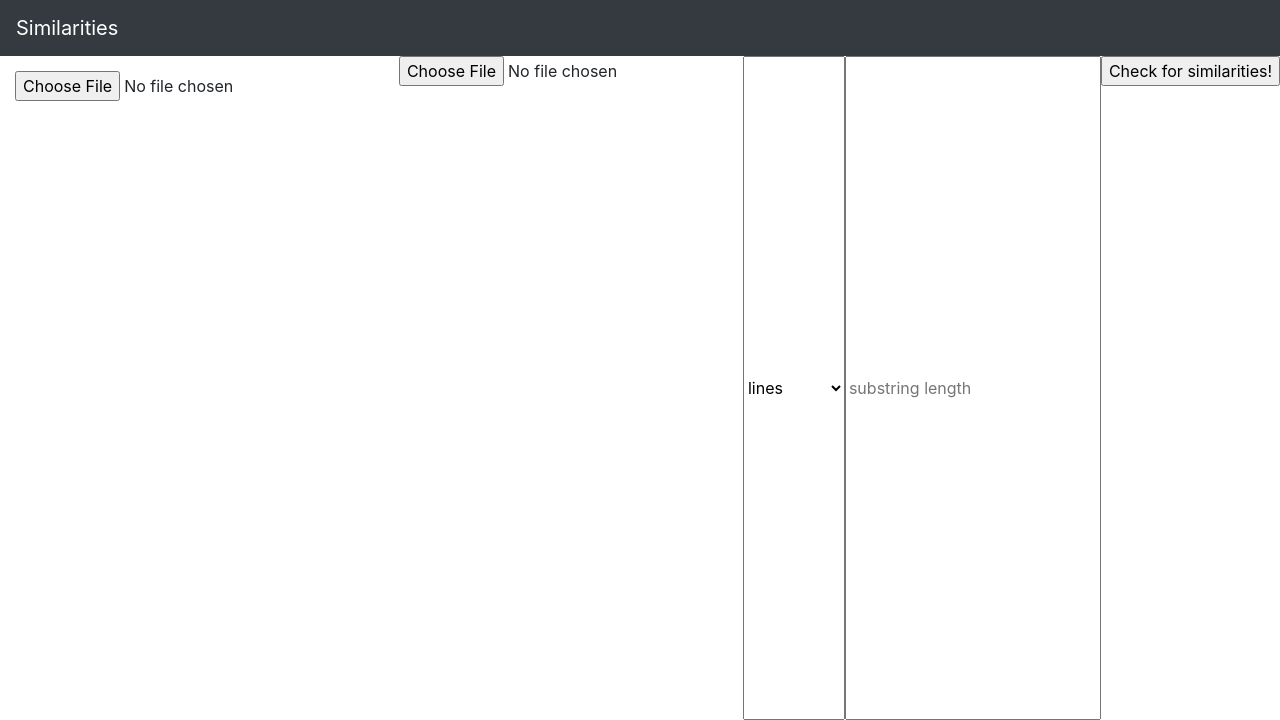
Repository: Watersilver/cs50
Page: http://localhost/
The author's editor kept a record of every edit. The page is drawn from the files as they stood at one moment, then again after the next edit.
The browser window is 1280 px wide. The pictures show the whole page.
Some web libraries are served in a nearby version. The page is served by the project's application, run on Flask 3 (pset6/similarities/less/application.py). Other server files are loaded and not shown.

Above is the page before.

### workspace/pset6/similarities/less/templates/index.html
{% extends "layout.html" %}

{% block body %}

    <div class="col">
        <form action="/compare" enctype="multipart/form-data" method="post">
            <div></div>
            <input type="file" name="file1"/>
            </div>

            <input type="file" name="file2"/>

            <select name="algorithm">
                <option>lines</option>
                <option>sentences</option>
                <option>substrings</option>
            </select>

            <input type="number" name="length" placeholder="substring length"/>

            <p> <button type="submit">Check for similarities!</button> </p>

        </form>
    </div>

{% endblock %}

### workspace/pset6/similarities/less/templates/layout.html
<!DOCTYPE html>

<html lang="en">
    <head>

        <!-- Required meta tags -->
        <meta charset="utf-8"/>
        <meta name="viewport" content="width=device-width, initial-scale=1, shrink-to-fit=no"/>

        <!-- Bootstrap CSS -->
        <link href="https://maxcdn.bootstrapcdn.com/bootstrap/4.0.0-beta/css/bootstrap.min.css" rel="stylesheet"/>

        <link href="/static/styles.css" rel="stylesheet"/>

        <title>Similarities</title>

    </head>
    <body>

        <nav class="navbar fixed-top navbar-dark bg-dark">
            <a class="navbar-brand" href="/">Similarities</a>
        </nav>

        <div class="container-fluid">
            <div class="row">
                {% block body %}{% endblock %}
            </div>
        </div>

        <!-- Optional JavaScript -->
        <script src="https://code.jquery.com/jquery-3.2.1.slim.min.js"></script>
        <script src="https://cdnjs.cloudflare.com/ajax/libs/popper.js/1.11.0/umd/popper.min.js"></script>
        <script src="https://maxcdn.bootstrapcdn.com/bootstrap/4.0.0-beta/js/bootstrap.min.js"></script>

    </body>
</html>

Loaded but not shown: workspace/pset6/similarities/less/application.py (common file); workspace/pset6/similarities/less/static/styles.css (common file)

After the next edit:
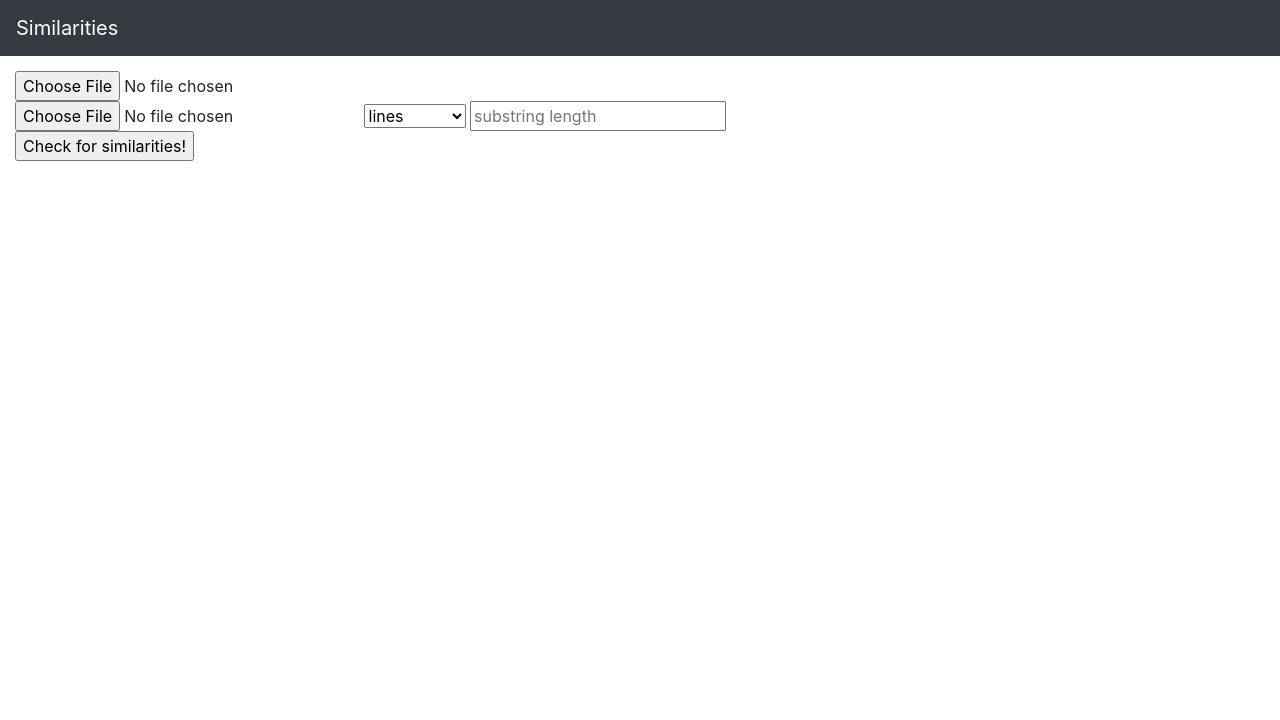
The edit:
--- a/workspace/pset6/similarities/less/templates/index.html
+++ b/workspace/pset6/similarities/less/templates/index.html
@@ -4,8 +4,8 @@
 
     <div class="col">
         <form action="/compare" enctype="multipart/form-data" method="post">
-            <div></div>
-            <input type="file" name="file1"/>
+            <div>
+                <input type="file" name="file1"/>
             </div>
 
             <input type="file" name="file2"/>
